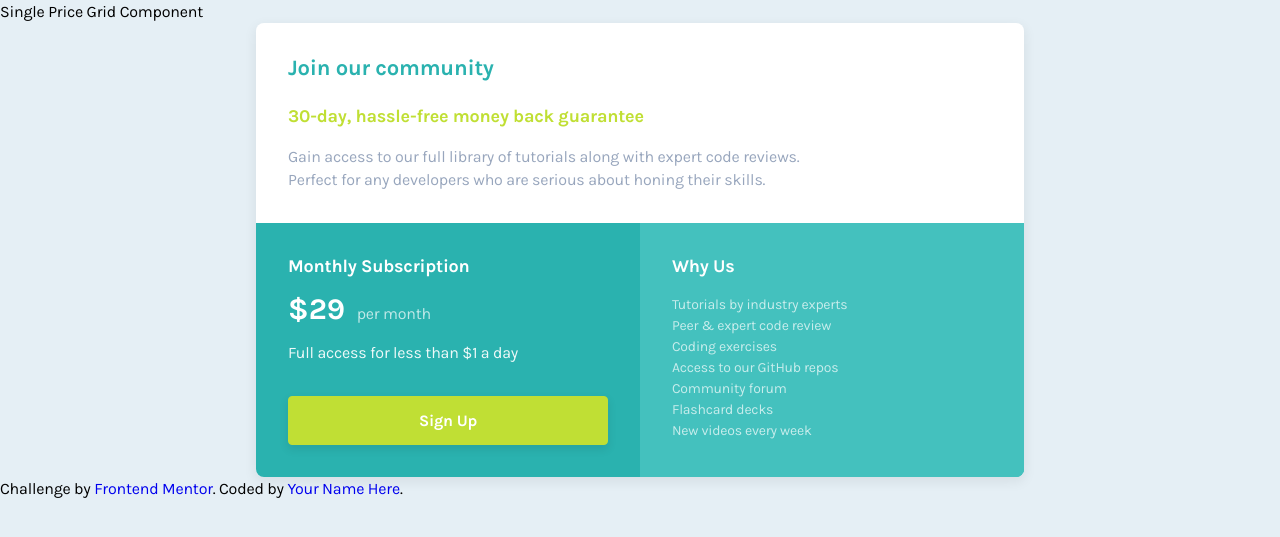
Repository: bangjuyoung/bangjuyoung
Page: practice/frontend-mentor/single-price-grid-component/index.html
These files come from the project's save history. The page is drawn as it stood at one moment and after the next save; the edit follows.
The browser window is 1280 px wide. The pictures show the whole page.

Above is the page before, as saved 2019-06-16 15:13:40.

After the next save:
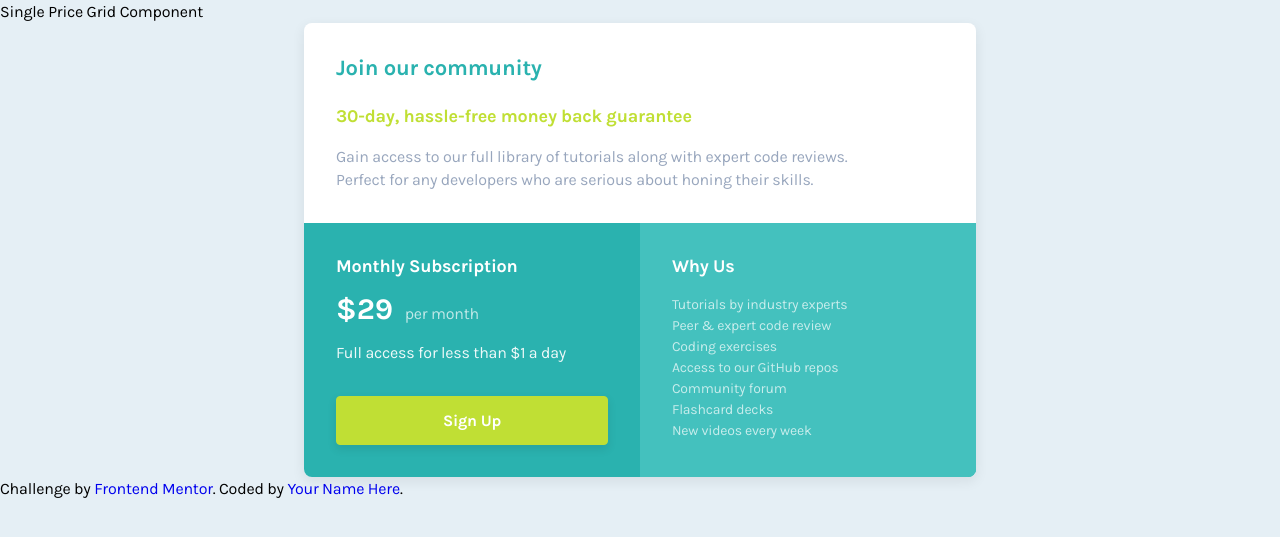
Saved 61 s later.
--- a/practice/frontend-mentor/single-price-grid-component/default.css
+++ b/practice/frontend-mentor/single-price-grid-component/default.css
@@ -68,7 +68,7 @@ body {
 
 @media (min-width: 74rem) {
     .single-price__wrapper {
-        max-width: 48rem;
+        max-width: 42rem;
     }
 
     .single-price__secondary {
